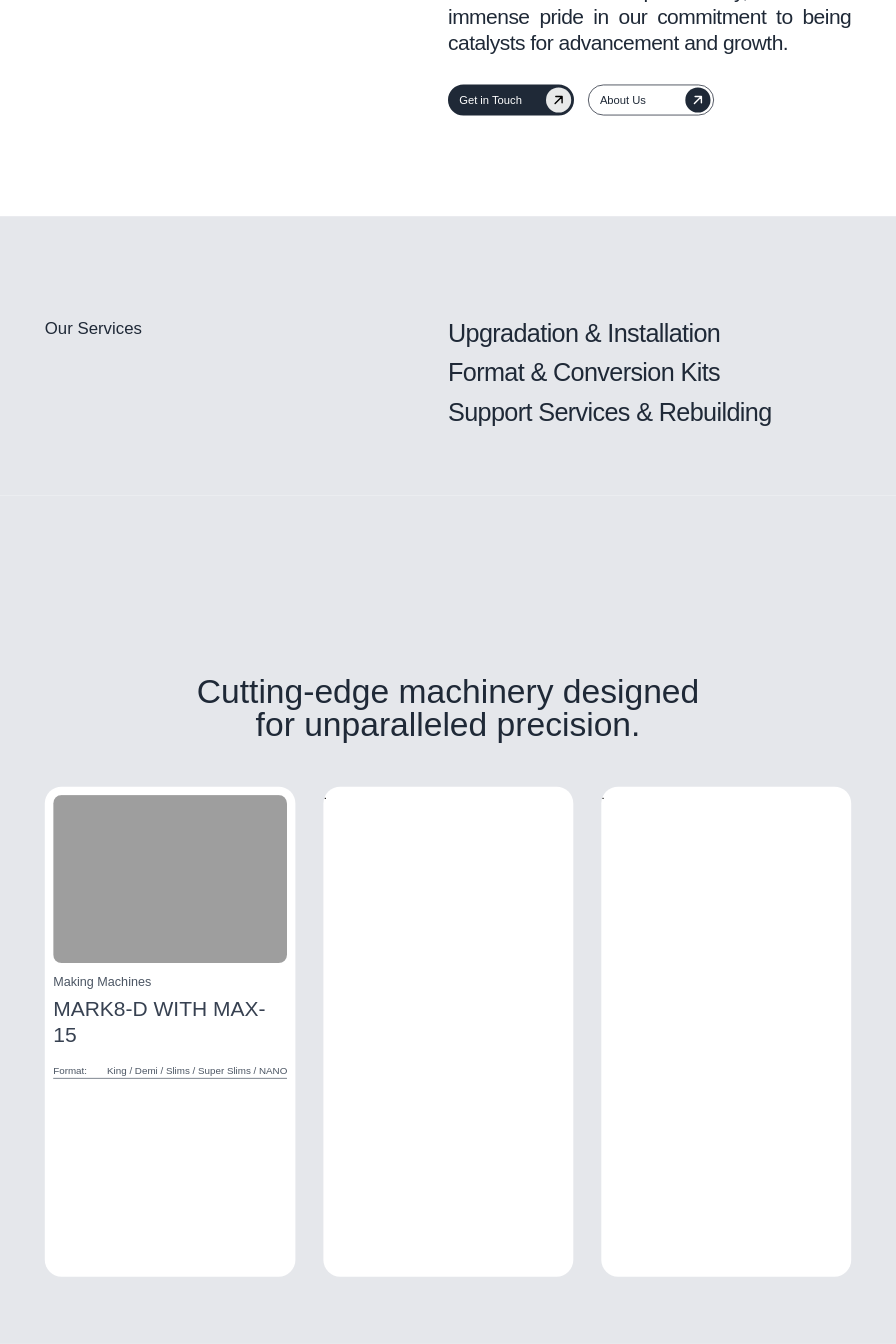
Repository: vespersolutionspk18/microtexwebsite
Page: /
These files come from the project's save history. The page is drawn as it stood at one moment and after the next save; the edit follows.
The browser window is 1280 px wide. The pictures show the part of the page from y = 1207 to 3127 px (the page is 3127 px tall), at 70% of full size.
Pictures or frames that could not be fetched are drawn as grey boxes. Some web fonts or font styles are not loaded; a fallback is used. The project was rebuilt for these pictures with package versions that can differ from the ones it lists, and the page was loaded fresh each time. The framework's server and built-in components were replaced by stand-ins that run in the browser. Also part of the build but not shown: next.config.mjs.

Above is the page before, as saved 2024-11-18 21:40:51.

After the next save:
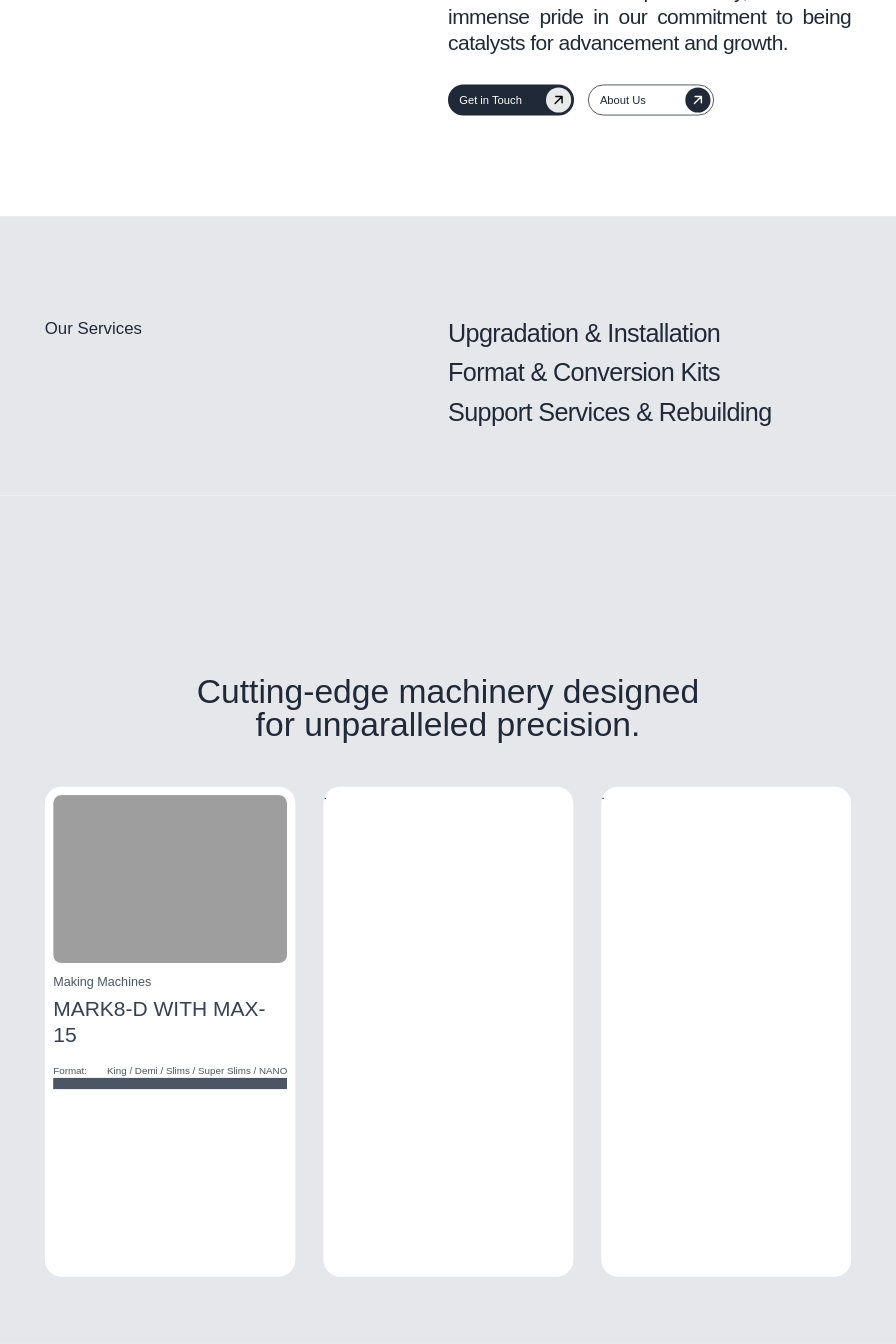
Saved 7 s later.
--- a/app/OurMachines.tsx
+++ b/app/OurMachines.tsx
@@ -16,7 +16,7 @@ const OurMachines = () => {
         <h5 className="text-gray-600 text-sm font">Format:</h5>
         <h5 className="text-gray-600 text-sm font-light"> King / Demi / Slims / Super Slims / NANO</h5>
     </div>
-    <Separator className="bg-gray-600" />
+    <Separator className="bg-gray-600 pt-2 pb-2" />
     </div>
     <div className="h-[700px] w-1/3 bg-white rounded-3xl flex flex-col">.</div>
     <div className="h-[700px] w-1/3 bg-white rounded-3xl">.</div>
